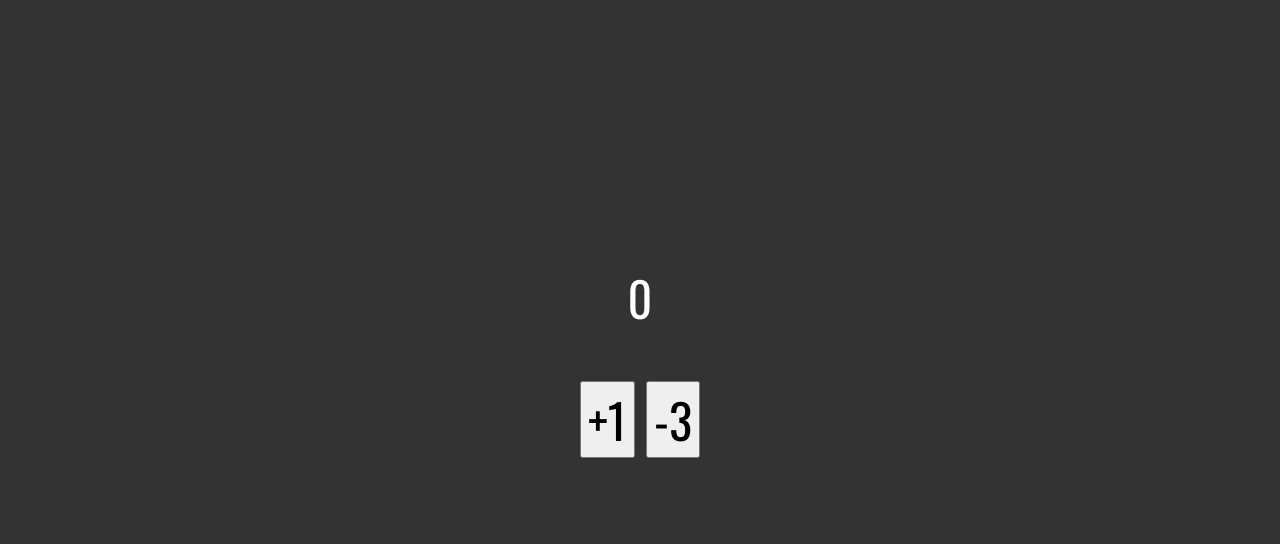
Repository: WillianPer/VUE
Page: exercicios/eventos.html
These files come from the project's save history. The page is drawn as it stood at one moment and after the next save; the edit follows.
The browser window is 1280 px wide. The pictures show the whole page.

Above is the page before, as saved 2022-08-13 21:34:01.

After the next save:
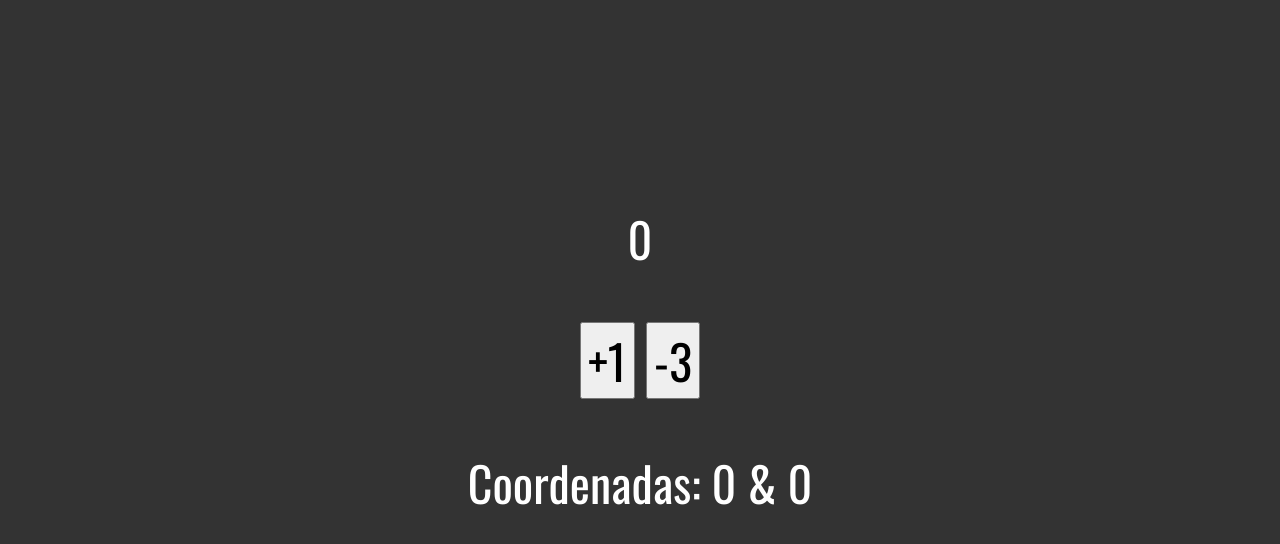
Saved 6 min 58 s later.
--- a/exercicios/eventos.html
+++ b/exercicios/eventos.html
@@ -14,17 +14,26 @@
             <button v-on:click="add">+1</button>
             <button @click="contador -= 3">-3</button>
         </p>
+        <p @mousemove="atualizarPosicao">
+            Coordenadas: {{ x }} & {{ y }}
+        </p>
     </div>
 
     <script>
         new Vue({
             el: "#app",
             data: {
+                x: 0,
+                y: 0,
                 contador: 0
             },
             methods: {
                 add() {
                     this.contador++
+                },
+                atualizarPosicao(e) {
+                    this.x = e.clientX,
+                    this.y = e.clientY
                 }
             }
         })
